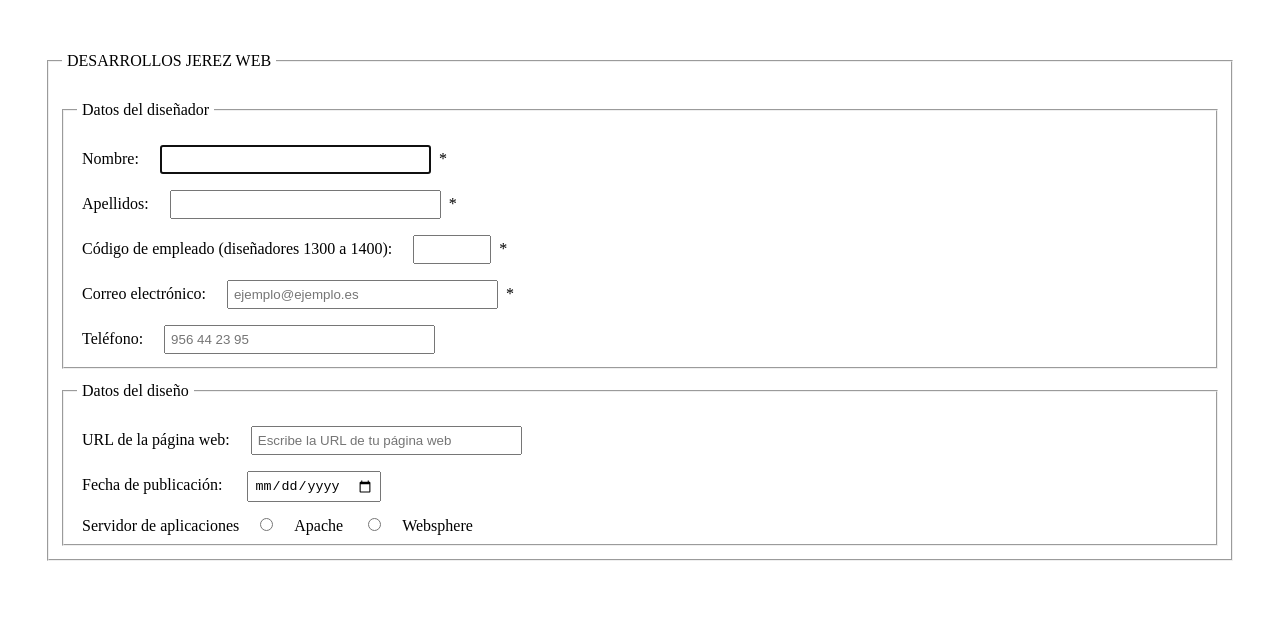
Repository: iSaan86/EV_Practica_FormularioCSS
Page: index.html
An editor plug-in stored every save of this project. The page is shown before and after the next save, followed by the edit.
The browser window is 1280 px wide. The pictures show the whole page.

Above is the page before, as saved 2024-01-11 16:57:49.

### index.html
<!DOCTYPE html>
<html lang="es-ES">

<head>
    <meta charset="UTF-8">
    <meta name="viewport" content="width=device-width, initial-scale=1.0">
    <meta name="keywords" content="formulario, html, css, practica">
    <meta name="description" content="Formularios">
    <meta name="author" content="Alexandra Ferrera Arenas">
    <link rel="icon" type="image/x-icon" href="img/logo-giro.png">
    <link rel="stylesheet" href="css/estilo.css">
    <title> PRACTICA DE FORMULARIOS </title>
</head>

<body>
    <!-- ABRO FORMULARIO -->
    <form method="get" action="" name="formulario1" id="formulario1">
        <!--AGRUPACION GENERAL-->
        <fieldset>
            <legend class="datos">DESARROLLOS JEREZ WEB</legend>
            <fieldset><legend class="datos2">Datos del diseñador</legend>
                <label for="nombre">Nombre:</label><input type="text" id="nombre" name="nombre" alt="indique su nombre" size="30%" autofocus required minlength="2" maxlength="50">*<br>
                <label for="apellidos">Apellidos:</label><input type="text" id="apellidos" name="apellidos" alt="indique sus apellidos" size="30%" required minlength="2" maxlength="50">*<br>
                <label for="codigo">Código de empleado (diseñadores 1300 a 1400):</label><input type="number" id="codigo" name="codigo" alt="indique su código de empleado" required min="1300" max="1400">*<br>
                <label for="email">Correo electrónico:</label><input type="email" id="email" name="email" alt="indique su email" size="30%" placeholder="ejemplo@ejemplo.es" required>*<br>
                <label for="telefono">Teléfono:</label><input type="tel" id="telefono"  name="telefono" alt="indique su telefono" size="30%" placeholder="956 44 23 95"><br>
            </fieldset>
            <fieldset><legend class="datos2">Datos del diseño</legend>
                <label for="url">URL de la página web:</label><input type="url" id="url" name="url" alt="indique la URL de la pagina web" size="30%" placeholder="Escribe la URL de tu página web"><br>
                <label for="fecha">Fecha de publicación:</label> <input type="date" name="fecha" id="fecha"><br>
                <label for="servidor">Servidor de aplicaciones</label><input type="radio" id="apache" name="servidor" alt="verificar apache" value="Apache"><label for="hombre">Apache</label>
                <input type="radio" id="websphere" name="servidor" alt="verificar websphere" value="Websphere"><label for="mujer">Websphere</label><br>
            </fieldset>













        </fieldset>
    </form>




</body>





</html>

### css/estilo.css
@charset "UTF-8";

/* Para todo el html */
*{
    padding: 5px;
    margin:8px;
}

After the next save:
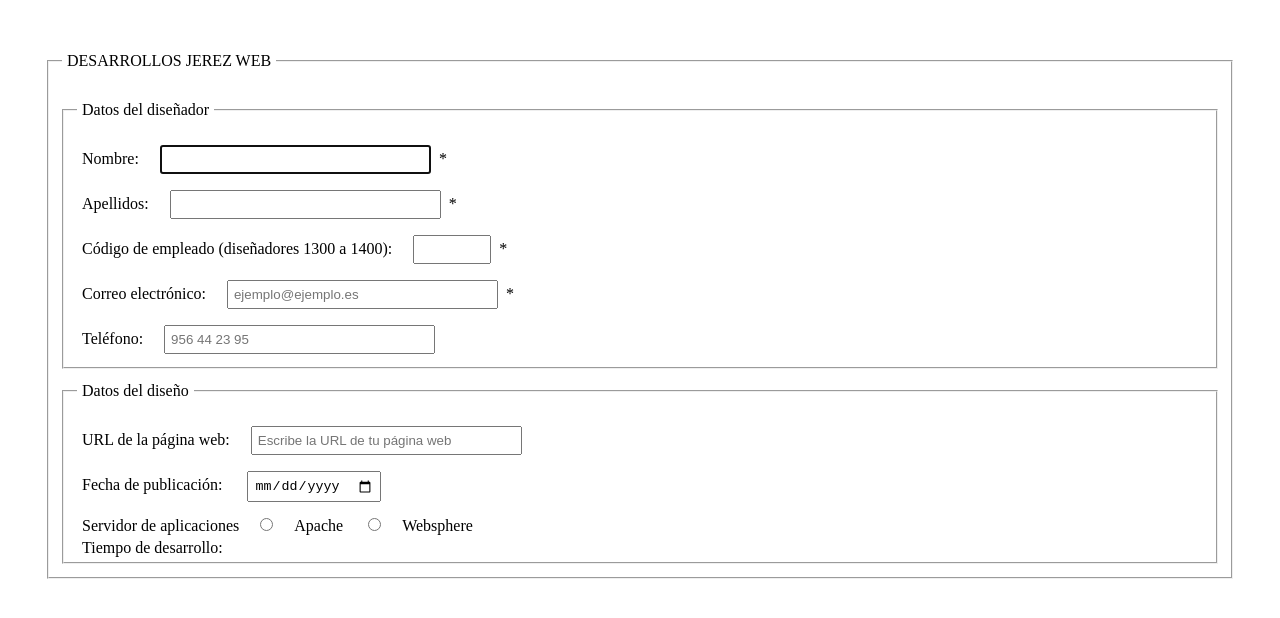
Saved 44 s later.
--- a/index.html
+++ b/index.html
@@ -30,6 +30,7 @@
                 <label for="fecha">Fecha de publicación:</label> <input type="date" name="fecha" id="fecha"><br>
                 <label for="servidor">Servidor de aplicaciones</label><input type="radio" id="apache" name="servidor" alt="verificar apache" value="Apache"><label for="hombre">Apache</label>
                 <input type="radio" id="websphere" name="servidor" alt="verificar websphere" value="Websphere"><label for="mujer">Websphere</label><br>
+                <label for="tiempo">Tiempo de desarrollo:</label>
             </fieldset>
 
 
